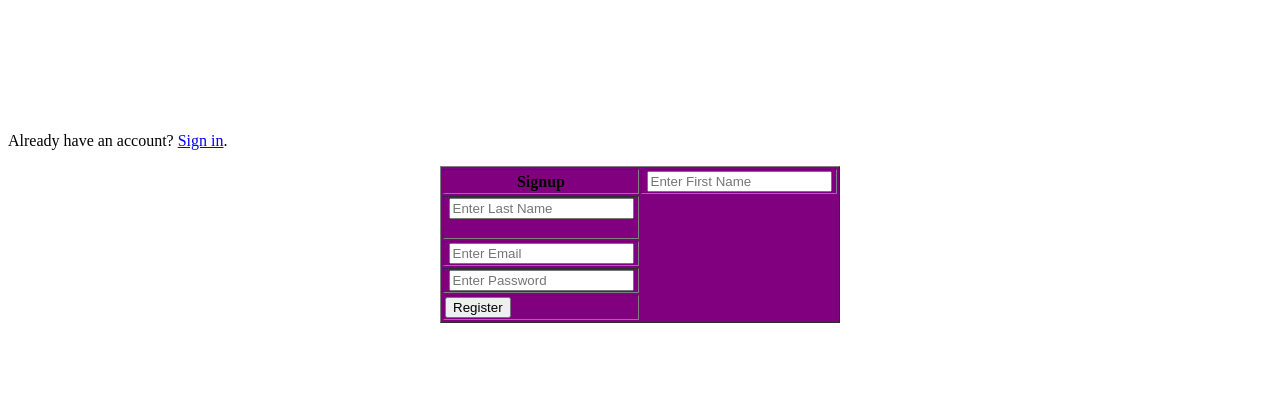
Repository: 1919satya/Mode2
Page: sample/sample/WebContent/sample.html
The author's editor kept a copy of each file at every save. The page is drawn from the files as they stood at one save, then again after the next save.
The browser window is 1280 px wide. The pictures show the whole page.

Above is the page before, as saved 2019-10-10 13:07:11.

### sample/sample/WebContent/sample.html
<!DOCTYPE html>
<html>
<head>
<meta charset="ISO-8859-1">
<title>Insert title here</title>
</head>
<body>

<form >
<div class="container">
<table border="1" align="center" width="400" bgcolor="purple" >

  <tr>
    <th>Signup</th>

   <th><input type="text" placeholder="Enter First Name" ></th><br/><br/>
   </tr>

   <tr>
    <th><input type="text" placeholder="Enter Last Name" ></td> <br/><br/>
    </tr>

    <tr>

   <th><input type="text" placeholder="Enter Email" ></th> <br/><br/>
   </tr>

<tr>

    <th><input type="password" placeholder="Enter Password" ></th> <br/><br/>
    </tr>


   <tr>
   <center>
    <td><button type="submit" class="registerbtn">Register</button>
    </center>
    </tr>

  </div>

  <div class="container signin">
    <p>Already have an account? <a href="#">Sign in</a>.</p>
  </div>
</form>
</table>
</body>
</html>

After the next save:
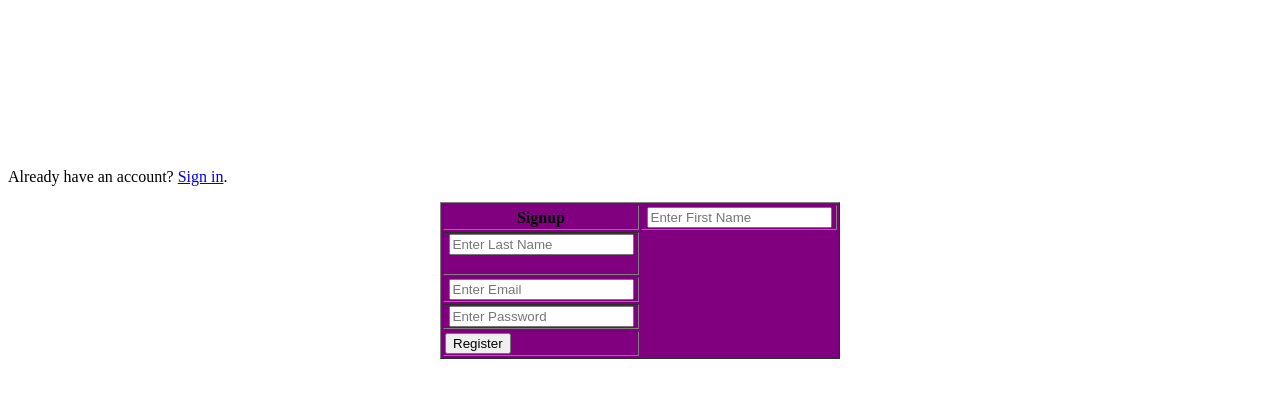
Saved 21 s later.
--- a/sample/sample/WebContent/sample.html
+++ b/sample/sample/WebContent/sample.html
@@ -11,7 +11,7 @@
 <table border="1" align="center" width="400" bgcolor="purple" >
 
   <tr>
-    <th>Signup</th>
+    <th>Signup</th><br/><br/>
 
    <th><input type="text" placeholder="Enter First Name" ></th><br/><br/>
    </tr>
